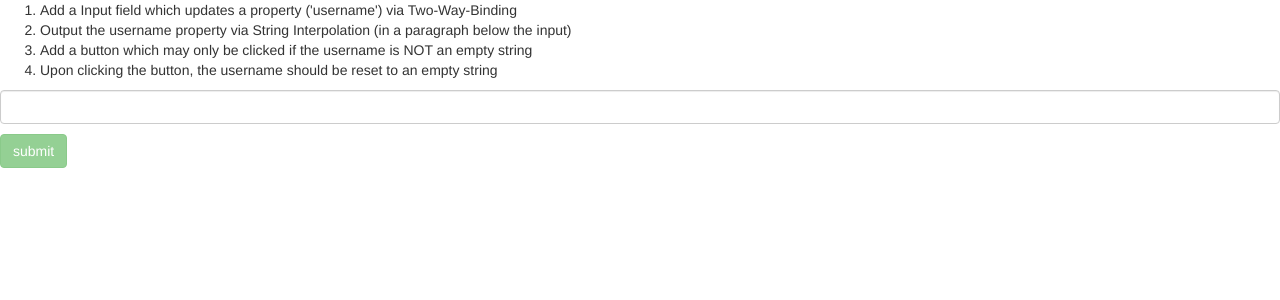
Repository: warrior1803-wang/Angular-Practices
Page: /
An editor plug-in stored every save of this project. The page is shown before and after a run of saves, followed by the edit.
The browser window is 1280 px wide. The pictures show the whole page.
The project was rebuilt for these pictures with package versions that can differ from the ones it lists, and the page was loaded fresh each time. Also part of the build but not shown: angular.json.

Above is the page before, as saved 2022-11-01 22:14:17.

### src/app/app.component.ts
import { Component } from '@angular/core';

@Component({
  selector: 'app-root',
  templateUrl: './app.component.html',
  styleUrls: ['./app.component.css']
})
export class AppComponent {
  username = ""
}

### src/app/app.component.html
<ol>
  <li>Add a Input field which updates a property ('username') via Two-Way-Binding</li>
  <li>Output the username property via String Interpolation (in a paragraph below the input)</li>
  <li>Add a button which may only be clicked if the username is NOT an empty string</li>
  <li>Upon clicking the button, the username should be reset to an empty string</li>
</ol>
<input type="text" class="form-control"
[(ngModel)]="username">
<p>{{username}}</p>
<button class="btn btn-success" [disabled]="!username" >submit</button>

Loaded but not shown: src/index.html (common file); src/styles.css (common file); src/main.ts (common file); src/app/app.module.ts (common file); src/environments/environment.ts (common file); src/app/app.component.css (no stored copy; drawn as an empty file)

After the next 3 saves:
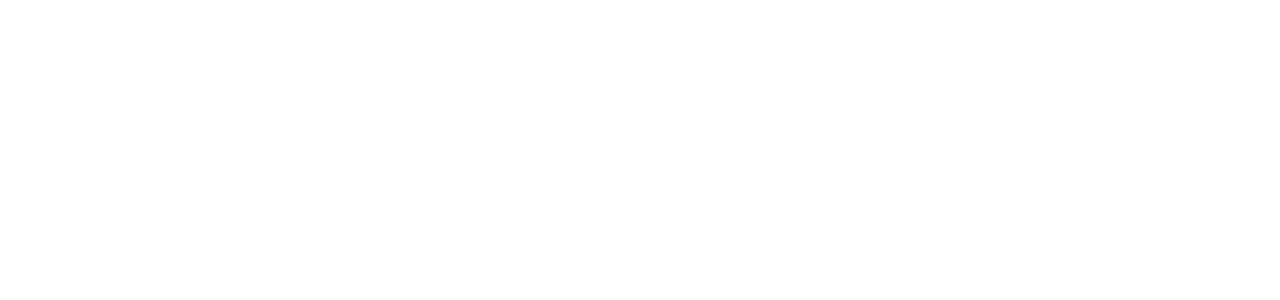
The 3 saves are shown as one change because they came seconds apart.
The last was saved 14 s later.
--- a/src/app/app.component.html
+++ b/src/app/app.component.html
@@ -7,4 +7,4 @@
 <input type="text" class="form-control"
 [(ngModel)]="username">
 <p>{{username}}</p>
-<button class="btn btn-success" [disabled]="!username" >submit</button>
+<button class="btn btn-success" [disabled]="!username" (click)>submit</button>

After the 4 saves that followed:
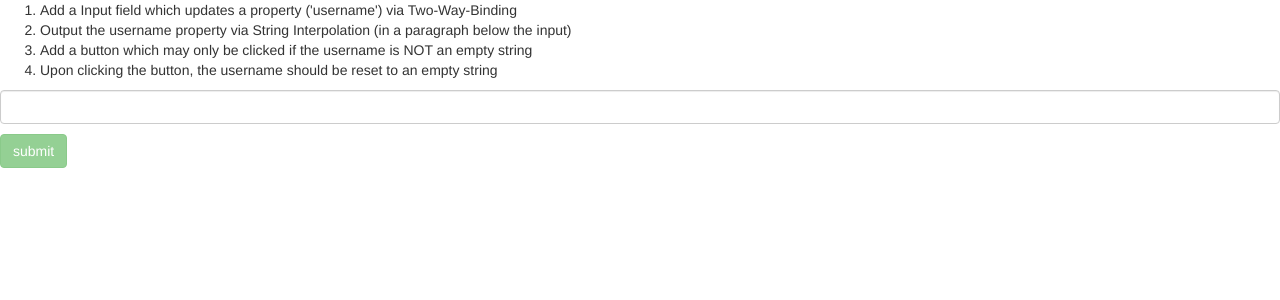
The 4 saves are shown as one change because 1 left the picture as it was and some came seconds apart.
The last was saved 12 s later.
--- a/src/app/app.component.html
+++ b/src/app/app.component.html
@@ -7,4 +7,4 @@
 <input type="text" class="form-control"
 [(ngModel)]="username">
 <p>{{username}}</p>
-<button class="btn btn-success" [disabled]="!username" (click)>submit</button>
+<button class="btn btn-success" [disabled]="!username" (click)="onSubmit()">submit</button>
